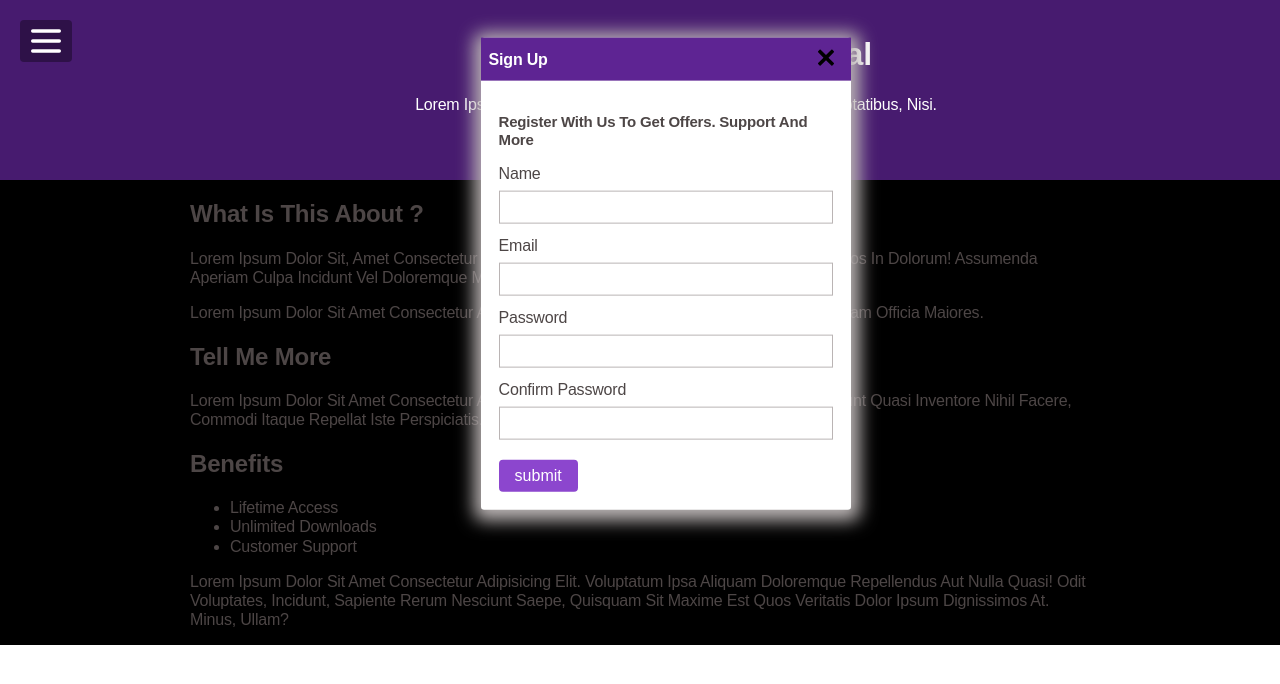
Repository: lilo750/Menu-Slider-modal
Page: index.html
These files come from the project's save history. The page is drawn as it stood at one moment and after the next save; the edit follows.
The browser window is 1280 px wide. The pictures show the whole page.
After loading, the first visible `div.container` was clicked once.

Above is the page before, as saved 2024-01-16 03:42:59.

### index.html
<!DOCTYPE html>
<html lang="en">
    <head>
        <meta charset="UTF-8" />
        <meta name="viewport" content="width=device-width, initial-scale=1.0" />
        <title>menu-slider-modal</title>
        <script defer src="assets/logic.js"></script>
        <link rel="stylesheet" href="assets/style.css" />
    </head>
    <body>
        <div class="left-menu">
            <!-- <aside>
                <div id="profile-img">
                    <img
                        src="assets/visuals/profile-img.jpg"
                        alt="profile image"
                    />
                </div>
                <ul>
                    <li>home</li>
                    <li>portfolio</li>
                    <li>blog</li>
                    <li>contact me</li>
                </ul>
            </aside> -->

            <button id="burger-btn">
                <img
                    src="assets/visuals/burger-menu-svgrepo-com.svg"
                    alt="burger icon"
                />
            </button>
        </div>
        <div class="container">
            <header>
                <div class="heading">
                    <h1>Simple Menu slider Modal</h1>
                    <p>
                        Lorem ipsum dolor sit amet consectetur, adipisicing
                        elit. Voluptatibus, nisi.
                    </p>
                    <button id="signUp-btn">Sign Up</button>
                </div>
            </header>

            <main>
                <h2>what is this about ?</h2>
                <p>
                    Lorem ipsum dolor sit, amet consectetur adipisicing elit.
                    Sunt officiis minus veniam, dignissimos in dolorum!
                    Assumenda aperiam culpa incidunt vel doloremque maxime
                    inventore. Temporibus, inventore?
                </p>
                <p>
                    Lorem ipsum dolor sit amet consectetur adipisicing elit.
                    Sunt debitis excepturi nemo, at magnam officia maiores.
                </p>
                <h2>tell me more</h2>
                <p>
                    Lorem ipsum dolor sit amet consectetur adipisicing elit.
                    Quae, recusandae obcaecati! Deserunt quasi inventore nihil
                    facere, commodi itaque repellat iste perspiciatis.
                </p>
                <h2>benefits</h2>
                <ul>
                    <li>lifetime access</li>
                    <li>unlimited downloads</li>
                    <li>customer support</li>
                </ul>
                <p>
                    Lorem ipsum dolor sit amet consectetur adipisicing elit.
                    Voluptatum ipsa aliquam doloremque repellendus aut nulla
                    quasi! Odit voluptates, incidunt, sapiente rerum nesciunt
                    saepe, quisquam sit maxime est quos veritatis dolor ipsum
                    dignissimos at. Minus, ullam?
                </p>
            </main>
        </div>
        <!-- ./container -->

        <div class="modal">
            <header>
                <span>Sign Up</span>
                <button id="close-btn">
                    <img
                        src="assets/visuals/close-icon.svg"
                        alt="burger icon"
                    />
                </button>
            </header>
            <form>
                <p>Register with us to get offers. support and more</p>
                <div class="form-control">
                    <label for="name">Name</label>
                    <input id="name" type="text" required />
                </div>
                <div class="form-control">
                    <label for="mail">Email</label>
                    <input id="mail" type="email" required />
                </div>
                <div class="form-control">
                    <label for="pass">Password</label>
                    <input id="pass" type="password" required />
                </div>
                <div class="form-control">
                    <label for="cpass">Confirm Password</label>
                    <input id="cpass" type="password" required />
                    <span class="warning"></span>
                </div>

                <button id="submit-btn" type="submit">submit</button>
            </form>
        </div>
    </body>
</html>

### assets/logic.js
const signUpBtn = document.getElementById('signUp-btn');
const closeBtn = document.getElementById('close-btn');
const modal = document.querySelector('.modal');
const container = document.querySelector('.container');

const openModalHandler = () => {
    modal.style.pointerEvents = 'visible';
    modal.style.visibility = 'visible';
};

const closeModalHandler = () => {
    modal.style.pointerEvents = 'none';
    modal.style.visibility = 'hidden';
};

const modalOverlayHandler = () => {
    if ((modal.style.visibility = 'visible')) {
        container.style.backgroundColor = '#000'; // will add the darker background
    }
    container.style.backgroundColor = 'none';
};

signUpBtn.addEventListener('click', openModalHandler);
closeBtn.addEventListener('click', closeModalHandler);
container.addEventListener('click', modalOverlayHandler);

### assets/style.css
html {
    font-family: sans-serif;
    letter-spacing: -0.2px;
    color: #4d4646;
}

body {
    height: 100vh;
    margin: 0;
    padding: 0;
    text-transform: capitalize;
    line-height: 1.2;
}

.overlay {
    /* background-color: unset; */
}

.left-menu {
    position: absolute;

    #burger-btn {
        display: flex;
        align-items: center;
        justify-content: center;
        background-color: rgb(46, 17, 72);
        border: none;
        cursor: pointer;
        position: relative;
        left: 20px;
        top: 20px;
        border-radius: 4px;
    }
}

.container {
    display: flex;
    flex-direction: column;

    & header {
        background-color: rgb(71, 27, 111);
        color: #fff;
        text-align: center;
        padding: 14px 8px;
        padding-left: 80px;

        #signUp-btn {
            background-color: rgb(140, 70, 206);
            color: inherit;
            border: 0;
            outline: 2px;
            padding: 7px 16px;
            border-radius: 3px;
            cursor: pointer;
            font-size: 16px;
        }

        & p {
            margin-bottom: 20px;
        }
    }

    & main {
        max-width: 900px;
        align-self: center;
        padding-inline: 20px;
    }
}

.modal {
    visibility: hidden;
    pointer-events: none;
    width: 370px;
    background-color: #fff;
    border-radius: 3px;
    box-shadow: 1px 3px 17px 8px #bab4b4;
    position: absolute;
    left: 52%;
    top: 38%;
    transform: translate(-50%, -50%);

    & header {
        background-color: rgb(94, 36, 147);
        display: flex;
        justify-content: space-between;
        align-items: center;
        padding: 8px;
        margin-bottom: 32px;

        & span {
            color: #fff;
            font-weight: 600;
            font-size: 16px;
        }

        #close-btn {
            background-color: transparent;
            border: none;
            cursor: pointer;
            color: #fff;
        }
    }

    & form {
        padding-bottom: 18px;

        & p {
            font-size: 15px;
            font-weight: 600;
        }

        padding-inline: 18px;

        .form-control {
            display: flex;
            flex-direction: column;
            row-gap: 8px;
            margin-bottom: 12px;

            & input {
                padding: 8px;
                border: 1px solid #bab4b4;
                outline: none;
            }
        }

        #submit-btn {
            background-color: rgb(140, 70, 206);
            color: #fff;
            border: 0;
            outline: 2px;
            padding: 7px 16px;
            border-radius: 4px;
            cursor: pointer;
            font-size: 16px;
        }
    }
}

### assets/visuals/burger-menu-svgrepo-com.svg
<?xml version="1.0" encoding="utf-8"?><!-- Uploaded to: SVG Repo, www.svgrepo.com, Generator: SVG Repo Mixer Tools -->
<svg width="40px" height="40px" viewBox="0 0 24 24" fill="none" xmlns="http://www.w3.org/2000/svg">
<path d="M4 18L20 18" stroke="#ffff" stroke-width="2" stroke-linecap="round"/>
<path d="M4 12L20 12" stroke="#ffff" stroke-width="2" stroke-linecap="round"/>
<path d="M4 6L20 6" stroke="#ffff" stroke-width="2" stroke-linecap="round"/>
</svg>

### assets/visuals/close-icon.svg
<?xml version="1.0"?><svg xmlns="http://www.w3.org/2000/svg" viewBox="0 0 30 30" width="22px" height="22px">    <path d="M 7 4 C 6.744125 4 6.4879687 4.0974687 6.2929688 4.2929688 L 4.2929688 6.2929688 C 3.9019687 6.6839688 3.9019687 7.3170313 4.2929688 7.7070312 L 11.585938 15 L 4.2929688 22.292969 C 3.9019687 22.683969 3.9019687 23.317031 4.2929688 23.707031 L 6.2929688 25.707031 C 6.6839688 26.098031 7.3170313 26.098031 7.7070312 25.707031 L 15 18.414062 L 22.292969 25.707031 C 22.682969 26.098031 23.317031 26.098031 23.707031 25.707031 L 25.707031 23.707031 C 26.098031 23.316031 26.098031 22.682969 25.707031 22.292969 L 18.414062 15 L 25.707031 7.7070312 C 26.098031 7.3170312 26.098031 6.6829688 25.707031 6.2929688 L 23.707031 4.2929688 C 23.316031 3.9019687 22.682969 3.9019687 22.292969 4.2929688 L 15 11.585938 L 7.7070312 4.2929688 C 7.5115312 4.0974687 7.255875 4 7 4 z"/></svg>

After the next save:
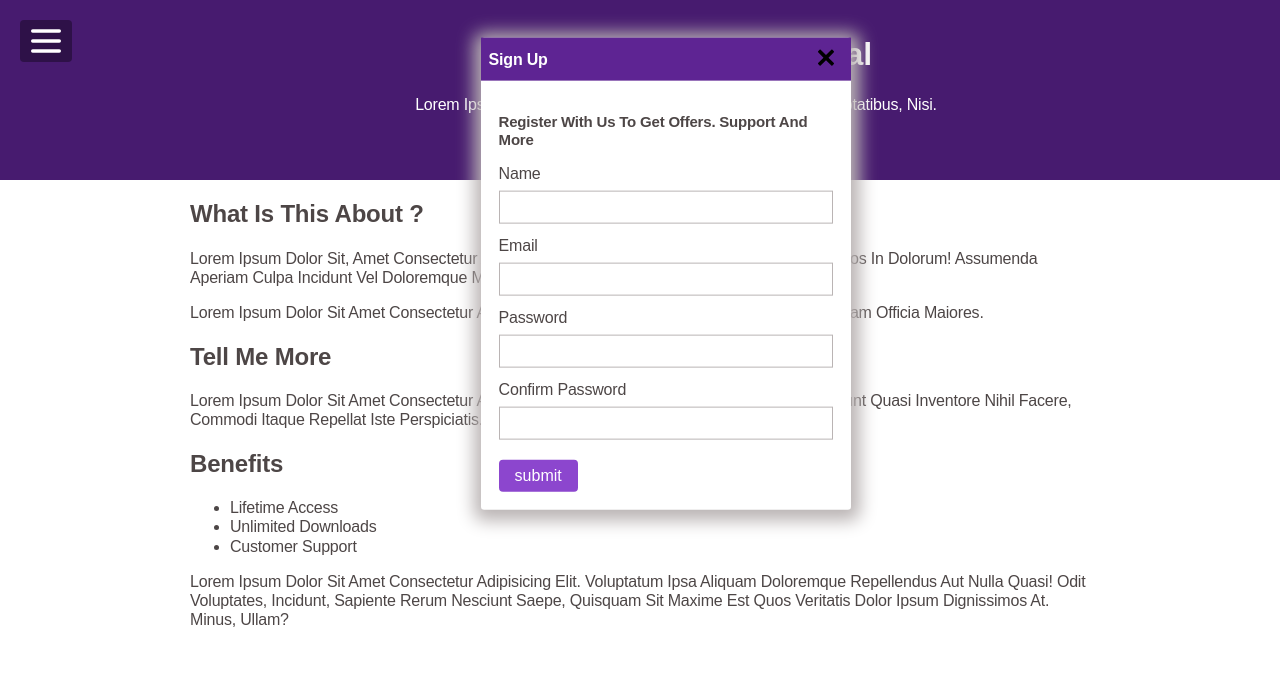
Saved 7 s later.
--- a/assets/logic.js
+++ b/assets/logic.js
@@ -17,7 +17,7 @@
     if ((modal.style.visibility = 'visible')) {
         container.style.backgroundColor = '#000'; // will add the darker background
     }
-    container.style.backgroundColor = 'none';
+    container.style.backgroundColor = 'unset';
 };
 
 signUpBtn.addEventListener('click', openModalHandler);

After the save that followed:
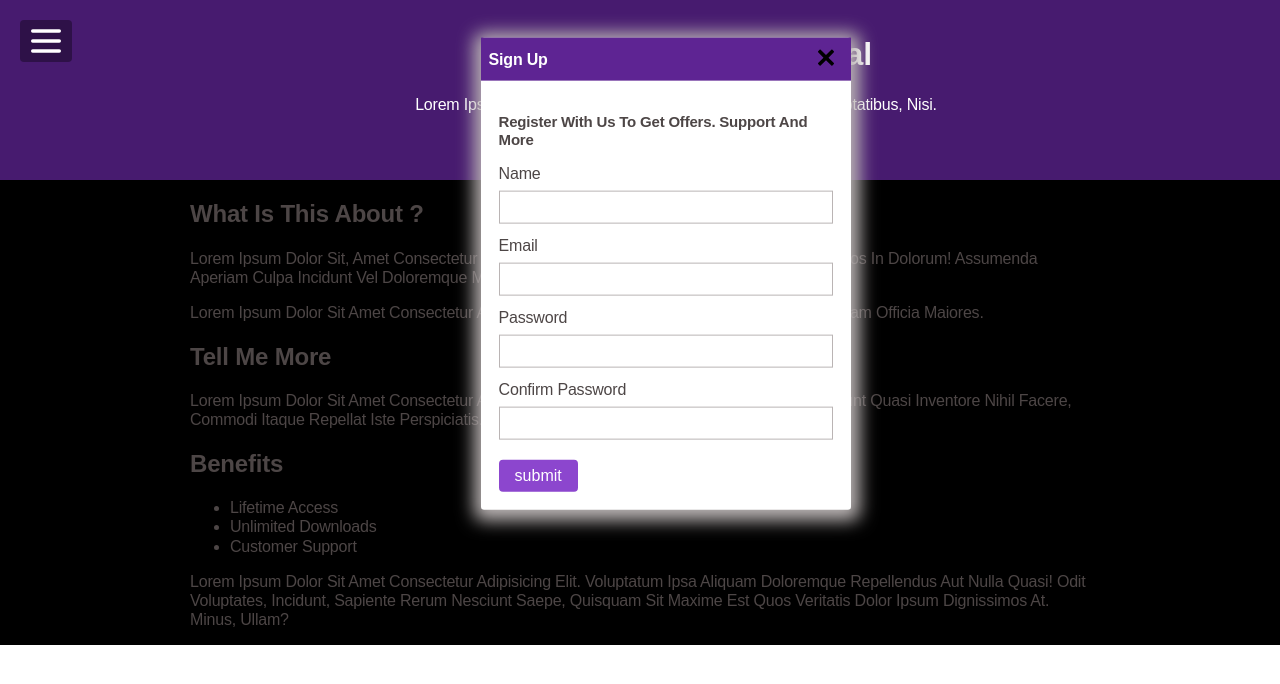
Saved 22 s later.
--- a/assets/logic.js
+++ b/assets/logic.js
@@ -16,8 +16,9 @@
 const modalOverlayHandler = () => {
     if ((modal.style.visibility = 'visible')) {
         container.style.backgroundColor = '#000'; // will add the darker background
+    } else {
+        container.style.backgroundColor = 'unset';
     }
-    container.style.backgroundColor = 'unset';
 };
 
 signUpBtn.addEventListener('click', openModalHandler);
